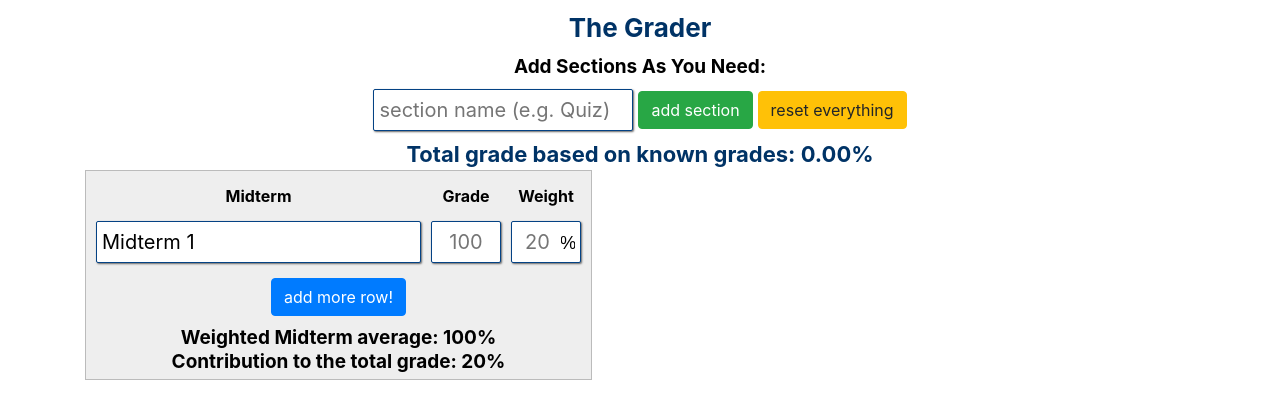
Repository: BarishNamazov/BarishNamazov.github.io
Page: thegrader/index.html
An editor plug-in stored every save of this project. The page is shown before and after the next save, followed by the edit.
The browser window is 1280 px wide. The pictures show the whole page.

Above is the page before, as saved 2020-10-31 19:48:33.

### thegrader/index.html
<!doctype html>
<html lang="en">
  <head>
    <meta charset="utf-8">
    <meta name="viewport" content="width=device-width, initial-scale=1, shrink-to-fit=no">

    <!-- Bootstrap CSS -->
    <link rel="stylesheet" href="https://cdn.jsdelivr.net/npm/bootstrap@4.5.3/dist/css/bootstrap.min.css" integrity="sha384-TX8t27EcRE3e/ihU7zmQxVncDAy5uIKz4rEkgIXeMed4M0jlfIDPvg6uqKI2xXr2" crossorigin="anonymous">

    <!-- Custon CSS -->
    <link rel="stylesheet" href="app.css">

    <title>The Grader</title>
  </head>
  <body>
    <div class="container">
      <div class="row">
        <div class="col-lg-12">
          <h1>The Grader</h1>

          <h3>Add Sections As You Need:</h3>

          <div class="divSectionAdder">
            <input type="text" class="sectionName" placeholder="section name (e.g. Quiz)"><button valign="center" class="btn btn-success sectionAdder" id="sectionAdder">add section</button><button style="margin-left: 5px" valign="center" class="btn btn-warning resetter">reset everything</button>
          </div>

          <div id="totalGrade">
            <h2>Total grade based on known grades: <span class="onlyKnownGrades">0.00</span>%</h2>
          </div>

          <table class="gradePanel">
            <tbody>
              <tr>
                <td>
                  <table>
                    <tbody>
                      <tr class="rowHeader">
                        <td class="tableHeader tableName"><strong>Midterm</strong></td>
                        <td class="tableHeader"><strong>Grade</strong></td>
                        <td class="tableHeader"><strong>Weight</strong></td>
                      </tr>
                      <tr>
                        <td><input type="text" class="gradeName" value="Midterm 1"></td>
                        <td><input type="text" class="gradeValue" placeholder="100"></td>
                        <td><input type="text" class="gradeWeight percentIcon" placeholder="20"></td>
                      </tr>
                    </tbody>
                  </table>

                  <div class="moreRows"></div>

                  <button class="btn btn-primary rowAdder" id="section1RowAdder">add more row!</button>

                  <div class="gradeBar">
                    <h3>
                      Weighted <span class="nameOfSection">Midterm</span> average: <span class="sectionAverage">100</span>%
                      <br>
                      Contribution to the total grade: <span class="sectionContribution">20</span>%
                      <div class="failSafe">
                        You might have some errors while entering the grades and weights as numbers. Those grades are ignored.
                      </div>
                    </h3>
                  </div>

                </td>
              </tr>
            </tbody>
          </table>
          <div class="moreSections"></div>
        </div>
      </div>
    </div>



    <script src="https://code.jquery.com/jquery-3.5.1.slim.min.js" integrity="sha384-DfXdz2htPH0lsSSs5nCTpuj/zy4C+OGpamoFVy38MVBnE+IbbVYUew+OrCXaRkfj" crossorigin="anonymous"></script>
    <script src="https://cdn.jsdelivr.net/npm/bootstrap@4.5.3/dist/js/bootstrap.bundle.min.js" integrity="sha384-ho+j7jyWK8fNQe+A12Hb8AhRq26LrZ/JpcUGGOn+Y7RsweNrtN/tE3MoK7ZeZDyx" crossorigin="anonymous"></script>
    <script src="https://code.jquery.com/jquery-3.5.1.min.js" integrity="sha256-9/aliU8dGd2tb6OSsuzixeV4y/faTqgFtohetphbbj0=" crossorigin="anonymous"></script>
    <script src="scripts.js"></script>
  </body>
</html>

### thegrader/app.css
body,p,td,div,input,th,li,textarea{font-size:16px;color:#000;}

body{background:#fff;margin:0px;padding:0px;border:0;text-align: center;}

h1 {
  text-align: center;
  color: blue;
}
.divSectionAdder{
  margin: 10px auto;
  display: flex;
  align-items: center;
  justify-content: center;
}
.sectionName{
  margin-right: 5px;
  width: 260px;
}
.gradePanel{
	background:#eee;
	border: solid 1px #bbbbbb;
  padding: 10px;
  margin-bottom: 10px;
  width: 40%;
}
.failSafe{
  color: rgb(122, 5, 5);
  display: none;
}
td{
  padding: 5px;
}

h1{color:#003366;font-size:26px;font-weight:bold;padding:0;margin:12px 0;}
#resulth1{background-color:#ffefe7;padding:0px 5px 0px 5px;border-top:#930 1px dotted;}
h2{font-size:22px;font-weight:bold;color:#003366;padding:0; margin-bottom: 2px;}
h3{font-size:19px;font-weight:bold;}
hr{border:0;color:#aaa;background-color:#aaa;height:1px;}
a{color:#069;text-decoration:underline;}
a:hover{text-decoration:none;}
input{padding: 5px;color:#000;}
select{padding: 4px;color:#000;}
option{font-size:16px;}
input[type=text],
input[type=number],
select {
	border: 1px solid #044284;
	border-radius: 2px;
	box-shadow: 1px 1px 2px #666;
	font-size:20px;
}

.tableHeader{
  text-align: center;
}
.rowHeader{
  height: 40px;
}
.gradeWeight, .gradeValue{
  text-align:center;
  width: 70px;
}
.percentIcon{
	background: white url('media/percent.svg') right 5px center no-repeat;
  padding-right: 22px;
}
.rowAdder{
  margin: 10px auto;
}
h3{
  display: inline;
}

### thegrader/scripts.js
var newRow = "<table><tbody><tr><td><input type=\"text\" class=\"gradeName\" value=\"Midterm X\" autocomplete=\"off\"></td><td><input type=\"text\" class=\"gradeValue\"></td><td><input type=\"text\" class=\"gradeWeight percentIcon\"></td></tr></tbody></table>\n ";

var newSection = "<table class=\"gradePanel\"> <tbody> <tr> <td> <table> <tbody> <tr class=\"rowHeader\"> <td class=\"tableHeader tableName\"><strong>Midterm</strong></td> <td class=\"tableHeader\"><strong>Grade</strong></td> <td class=\"tableHeader\"><strong>Weight</strong></td> </tr> <tr> <td><input type=\"text\" class=\"gradeName\" value=\"Midterm 1\" autocomplete=\"off\"></td> <td><input type=\"text\" class=\"gradeValue\" placeholder=\"100\"></td> <td><input type=\"text\" class=\"gradeWeight percentIcon\" placeholder=\"20\"></td> </tr> </tbody> </table> <div class=\"moreRows\"></div> <button class=\"btn btn-primary rowAdder\">add more row!</button>  <div class=\"gradeBar\"> <h3> Weighted <span class=\"nameOfSection\">Midterm</span> average: <span class=\"sectionAverage\">100</span>% <br> Contribution to the total grade: <span class=\"sectionContribution\">20</span>% <div class=\"failSafe\"> You might have some errors while entering the grades and weights as numbers. Those grades are ignored. </div> </h3> </div>  </td> </tr> </tbody> </table>";

$(".resetter").on("click", function(){
  location.reload(true);
});
$(".failSafe").hide();

if (!String.prototype.splice) {
  String.prototype.splice = function(start, delCount, newSubStr) {
      return this.slice(0, start) + newSubStr + this.slice(start + Math.abs(delCount));
  };
}

var sectionCount = 1;

function rowAdder(){
  var idx = $(this).parents(".gradePanel").find("table").length + 1;
  var namePanel = $(this).parents(".gradePanel").find(".tableName").text();
  var editedRow = newRow.replace("Midterm X", namePanel + " " + idx);
  $(this).parents(".gradePanel").find(".moreRows").before(editedRow);
  $(".gradeValue").change(updateSectionGrade);
  $(".gradeWeight").change(updateSectionGrade);
}
$(".rowAdder").on("click", rowAdder);

function sectionAdder(dir){
  var x = (typeof dir == "string") ? $(dir) : $(this);
  var sectionInputName = $(".sectionName").val();
  if (!sectionInputName) return;
  var editedSection = newSection.replaceAll("Midterm", sectionInputName);
  $(".moreSections").before(editedSection);
  $(".rowAdder").eq(sectionCount++).on("click", rowAdder);
  $(".sectionName").val(null);
  $(".gradeValue").change(updateSectionGrade);
  $(".gradeWeight").change(updateSectionGrade);
}


$(".sectionAdder").on("click", sectionAdder);
$(".sectionName").on("keypress", function(e) {
  if (e.which == 13) {
    sectionAdder(".sectionName");
  }
})

function updateSectionGrade() {
  var section = $(this).parents(".gradePanel");
  var grades = section.find(".gradeValue"), weights = section.find(".gradeWeight");
  var contribution = 0.0, failSafe = 0, weightSum = 0.0, sectionAverage = 0.0;
  section.find("input").attr("placeholder", "");
  for (var i = 0; i < grades.length; i++) {
    if (Number(grades[i].value) && Number(weights[i].value)) {
      weightSum += Number(weights[i].value);
      contribution += Number(grades[i].value) * Number(weights[i].value) / 100.0;
    } else if (isNaN(Number(grades[i].value)) || isNaN(Number(weights[i].value))) {
      failSafe = 1;
    }
  }
  for (var i = 0; i < grades.length; i++) {
    if (Number(grades[i].value) && Number(weights[i].value)) {
      sectionAverage += Number(grades[i].value) * Number(weights[i].value) / weightSum;
    }
  }
  if (failSafe) {
    section.find(".failSafe").show();
  } else {
    section.find(".failSafe").hide();
  }
  section.find(".sectionContribution").text(contribution.toFixed(2));
  section.find(".sectionAverage").text(sectionAverage.toFixed(2));
}
function calculateTotalGrade() {
  var grades = $(document).find("gradeValue"), weights = $(document).find("gradeWeight");
  var totalGrade = 0.0, failSafe = 0, weightSum = 0.0, onlyKnownGrades = 0.0;
  for (var i = 0; i < grades.length; i++) {
    if (Number(grades[i].value) && Number(weights[i].value)) {
      weightSum += Number(weights[i].value);
      totalGrade += Number(grades[i].value) * Number(weights[i].value) / 100.0;
    } else if (isNaN(Number(grades[i].value)) || isNaN(Number(weights[i].value))) {
      failSafe = 1;
    }
  }
  if (failSafe) {
    $("#totalGrade").find(".failSafe").show();
  } else {
    $("#totalGrade").find(".failSafe").hide();
  }
  for (var i = 0; i < grades.length; i++) {
    if (Number(grades[i].value) && Number(weights[i].value)) {
      onlyKnownGrades += Number(grades[i].value) * Number(weights[i].value) / weightSum;
    }
  }
  $("#totalGrade").find(".totalGrade").text(totalGrade.toFixed(2));
  $("#totalGrade").find(".onlyKnownGrades").text(onlyKnownGrades.toFixed(2));
}
$(".gradeValue").change(updateSectionGrade);
$(".gradeWeight").change(updateSectionGrade);

After the next save:
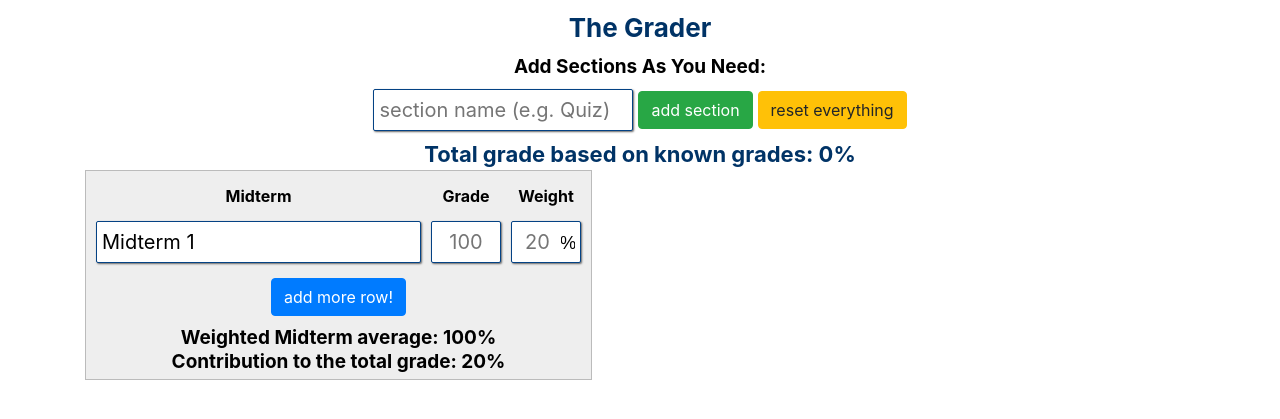
Saved 4 s later.
--- a/thegrader/index.html
+++ b/thegrader/index.html
@@ -25,7 +25,7 @@
           </div>
 
           <div id="totalGrade">
-            <h2>Total grade based on known grades: <span class="onlyKnownGrades">0.00</span>%</h2>
+            <h2>Total grade based on known grades: <span class="onlyKnownGrades">0</span>%</h2>
           </div>
 
           <table class="gradePanel">
